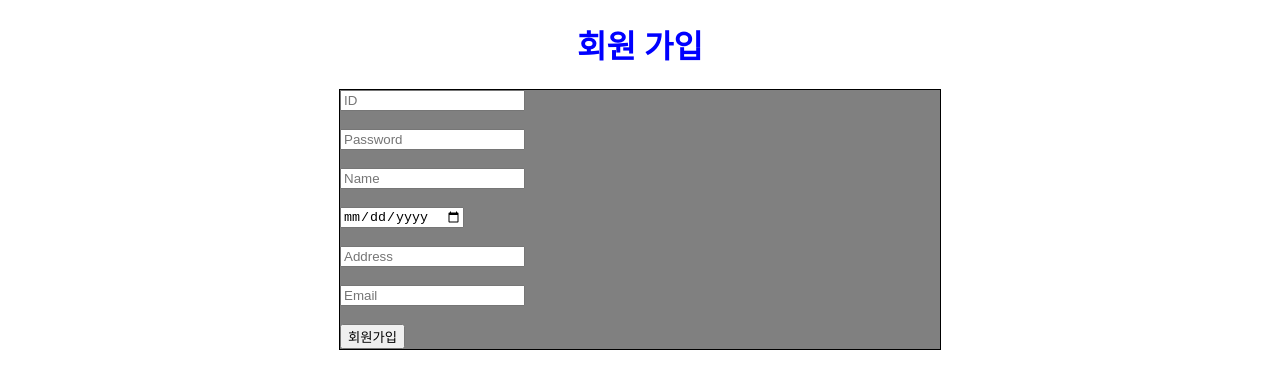
Repository: jjb5442/JSP
Page: http://localhost/06_Java_Bean_tutorial/Register.jsp
These files come from the project's save history. The page is drawn as it stood at one moment and after the next save; the edit follows.
The browser window is 1280 px wide. The pictures show the whole page.
The page is served by Tomcat 9.

Above is the page before, as saved 2022-05-28 01:08:48.

After the next save:
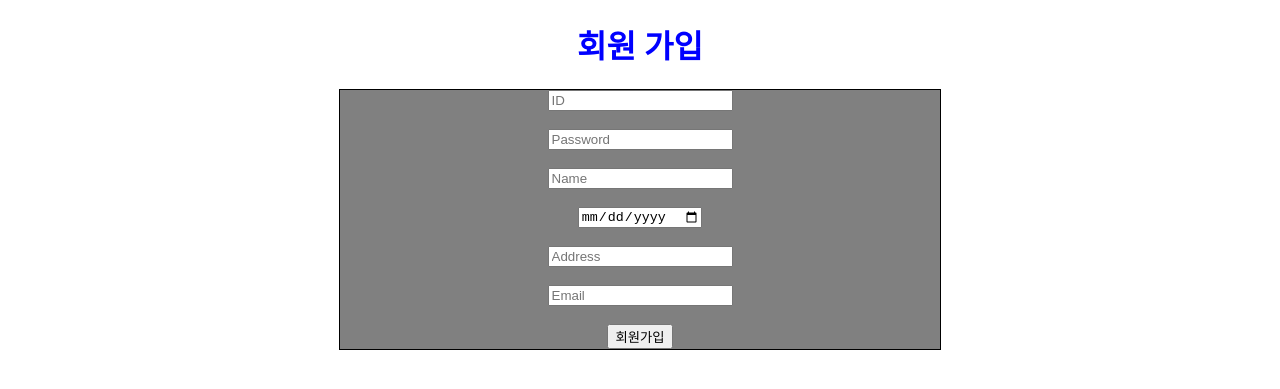
Saved 40 s later.
--- a/8Day/workspace/06_Java_Bean_tutorial/src/main/webapp/Register.jsp
+++ b/8Day/workspace/06_Java_Bean_tutorial/src/main/webapp/Register.jsp
@@ -21,7 +21,7 @@
 <body>
 	<h1>회원 가입</h1>
 	<section id="FormArea">
-		<form action="Register_Result.jsp" method="post">
+		<form align="center" action="Register_Result.jsp" method="post">
 			<input type="text"		name="id"		placeholder="ID" 		required><br/><br/>
 			<input type="password"	name="password"	placeholder="Password" 	required><br/><br/>
 			<input type="text"		name="name"		placeholder="Name" 		required><br/><br/>
